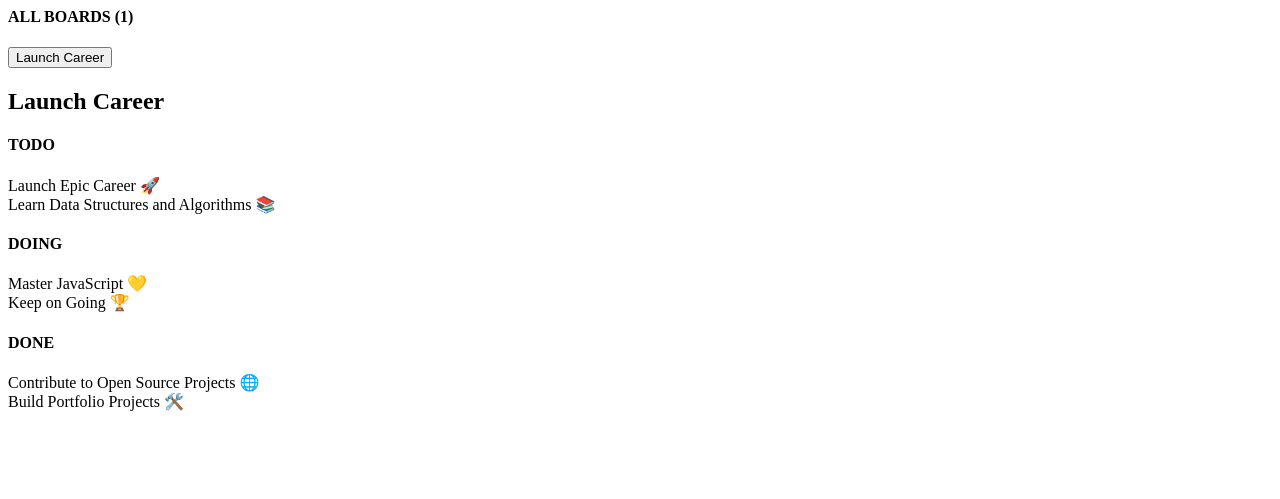
Repository: andajonas/ANDJON25111_fto2502_A2_Anda_Jonas_JSL01
Page: index.html
The author's editor kept a copy of each file at every save. The page is drawn from the files as they stood at one save, then again after the next save.
The browser window is 1280 px wide. The pictures show the whole page.

Above is the page before, as saved 2025-04-23 13:45:59.

After the next save:
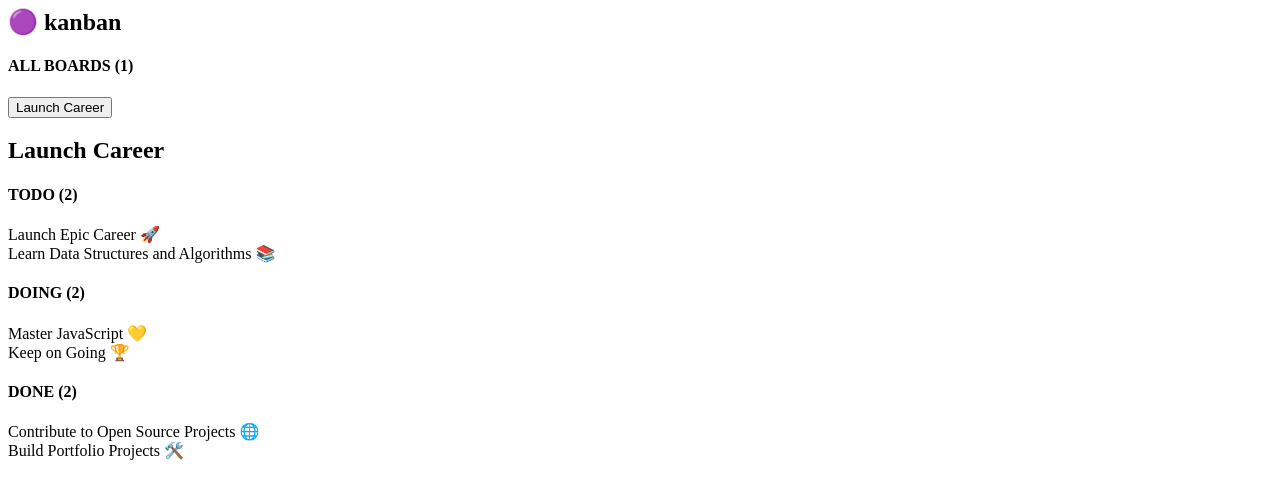
Saved 23 h 22 min later.
--- a/index.html
+++ b/index.html
@@ -1,64 +1,62 @@
-<html>
+<html lang="en">
   <head>
-    <meta />
-    <meta />
+    <meta charset="UTF-8" />
+    <meta name="viewport" content="width=device-width, initial-scale=1.0" />
     <title>Kanban Board</title>
-    <link rel="stylesheet" href="style.css"/>
+    <link rel="stylesheet" href="style.css" />
   </head>
 
   <body>
-    <!-- Navigation Sidebar: Contains the logo, navigation links for boards, and theme toggle. -->
-    <nav>
-      <div>
-        <h4>ALL BOARDS (1)</h4>
-        <button>Launch Career</button>
-      </div>
-    </nav>
+    <div class="kanban-container">
+      <!-- Sidebar -->
+      <nav class="sidebar">
+        <h1>🟣 kanban</h1>
+        <div class="board-list">
+          <h4>ALL BOARDS (1)</h4>
+          <button class="board-btn">Launch Career</button>
+        </div>
+      </nav>
 
-    <!-- Main Layout: Header with board title, add task button, and main content area for task columns. -->
-    <div>
-      <header>
-        <div>
-          <h2>Launch Career</h2>
-        </div>
-      </header>
+      <!-- Main Board Section -->
+      <div class="main-board">
+        <header>
+          <h2 class="board-title">Launch Career</h2>
+        </header>
 
-      <div>
-        <main>
-          <!-- Task Columns: Display tasks grouped by status (TODO, DOING, DONE). -->
-          <div>
-            <div>
-              <span></span>
-              <h4>TODO</h4>
+        <main class="columns">
+          <!-- TODO Column -->
+          <div class="column">
+            <div class="column-header">
+              <span class="dot todo"></span>
+              <h4>TODO (2)</h4>
             </div>
-            <!-- Tasks container for TODO -->
-            <div>
-              <div>Launch Epic Career 🚀</div>
-              <div>Learn Data Structures and Algorithms 📚</div>
+            <div class="card-container">
+              <div class="card">Launch Epic Career 🚀</div>
+              <div class="card">Learn Data Structures and Algorithms 📚</div>
             </div>
           </div>
+
           <!-- DOING Column -->
-          <div>
-            <div>
-              <span></span>
-              <h4>DOING</h4>
+          <div class="column">
+            <div class="column-header">
+              <span class="dot doing"></span>
+              <h4>DOING (2)</h4>
             </div>
-            <!-- Tasks container for DOING -->
-            <div>
-              <div>Master JavaScript 💛</div>
-              <div>Keep on Going 🏆</div>
+            <div class="card-container">
+              <div class="card">Master JavaScript 💛</div>
+              <div class="card">Keep on Going 🏆</div>
             </div>
           </div>
+
           <!-- DONE Column -->
-          <div>
-            <div>
-              <span></span>
-              <h4>DONE</h4>
+          <div class="column">
+            <div class="column-header">
+              <span class="dot done"></span>
+              <h4>DONE (2)</h4>
             </div>
-            <!-- Tasks container for DONE -->
-            <div>
-              <div>Contribute to Open Source Projects 🌐</div>
-              <div>Build Portfolio Projects 🛠️</div>
+            <div class="card-container">
+              <div class="card">Contribute to Open Source Projects 🌐</div>
+              <div class="card">Build Portfolio Projects 🛠️</div>
             </div>
           </div>
         </main>
